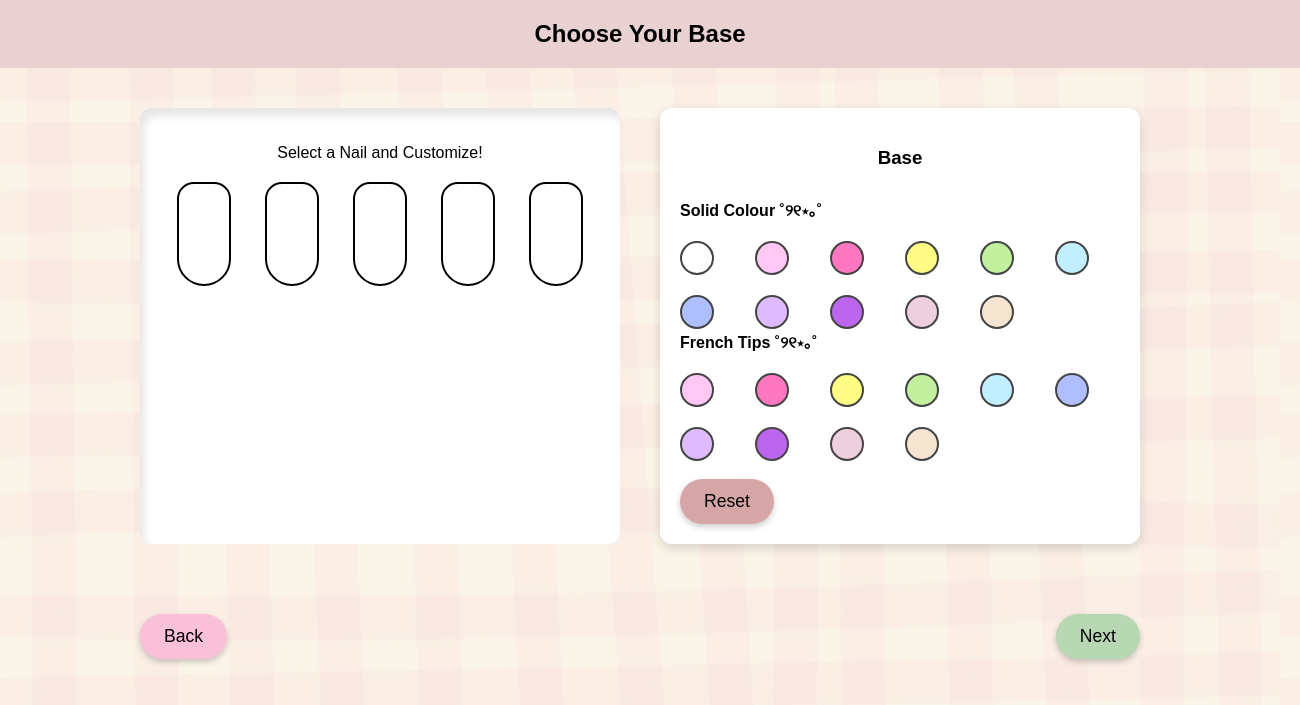
Repository: amolwalia/Fluidity-Lab
Page: base-paint.html
These files come from the project's save history. The page is drawn as it stood at one moment and after the next save; the edit follows.
The browser window is 1280 px wide. The page is 1300 px wide, so the pictures cover 1300 px, including what lies to the right of the window. The pictures show the whole page.

Above is the page before, as saved 2025-05-11 19:04:47.

After the next save:
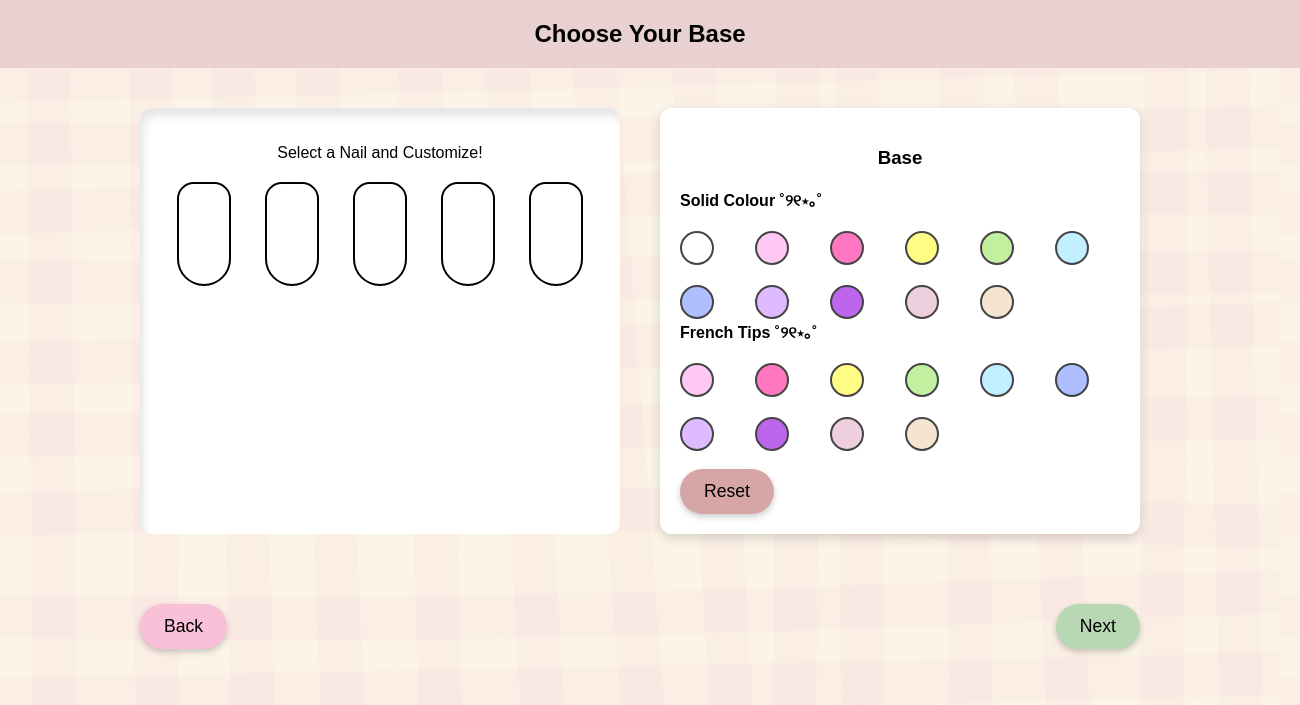
Saved 7 s later.
--- a/styles/basepaints.css
+++ b/styles/basepaints.css
@@ -57,7 +57,7 @@ header {
 
 h3 {
   text-align: center;
-  padding-bottom: 10px;
+
 }
 .french-tip-overlay {
   position: absolute;
